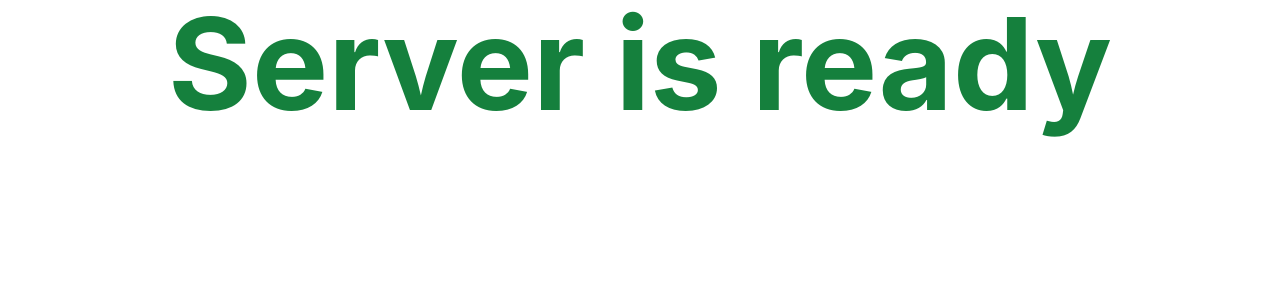
Repository: Devloper-solaiman/University-Of-Dhaka
Page: /
An editor plug-in stored every save of this project. The page is shown before and after the next save, followed by the edit.
The browser window is 1280 px wide. The pictures show the whole page.
The project was rebuilt for these pictures with package versions that can differ from the ones it lists, and the page was loaded fresh each time.

Above is the page before, as saved 2023-02-14 09:42:47.

### src/App.js
import logo from './logo.svg';
import './App.css';

function App() {
  return (
    <div className="App">
      <h1 className='text-9xl text-green-700 font-bold'>Server is ready</h1>
    </div>
  );
}

export default App;

Loaded but not shown: public/index.html (common file); src/index.js (common file); src/index.css (common file); src/reportWebVitals.js (common file); src/App.css (common file); tailwind.config.js (common file)

After the next save:
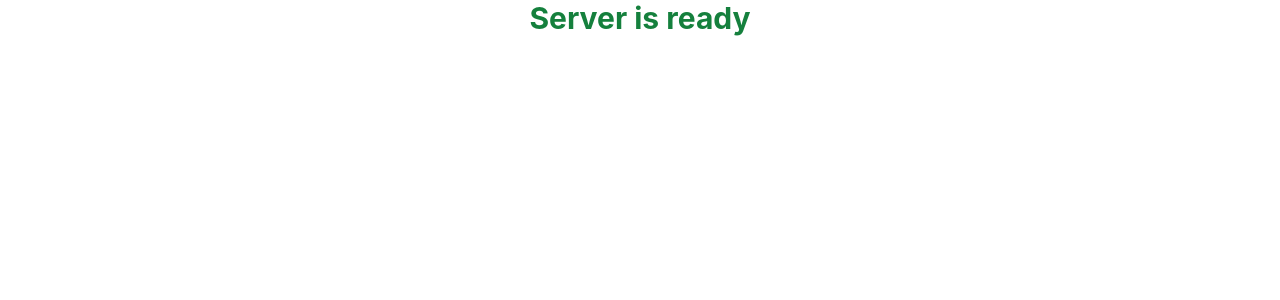
Saved 11 s later.
--- a/src/App.js
+++ b/src/App.js
@@ -4,7 +4,7 @@ import './App.css';
 function App() {
   return (
     <div className="App">
-      <h1 className='text-9xl text-green-700 font-bold'>Server is ready</h1>
+      <h1 className='text-3xl text-green-700 font-bold'>Server is ready</h1>
     </div>
   );
 }
